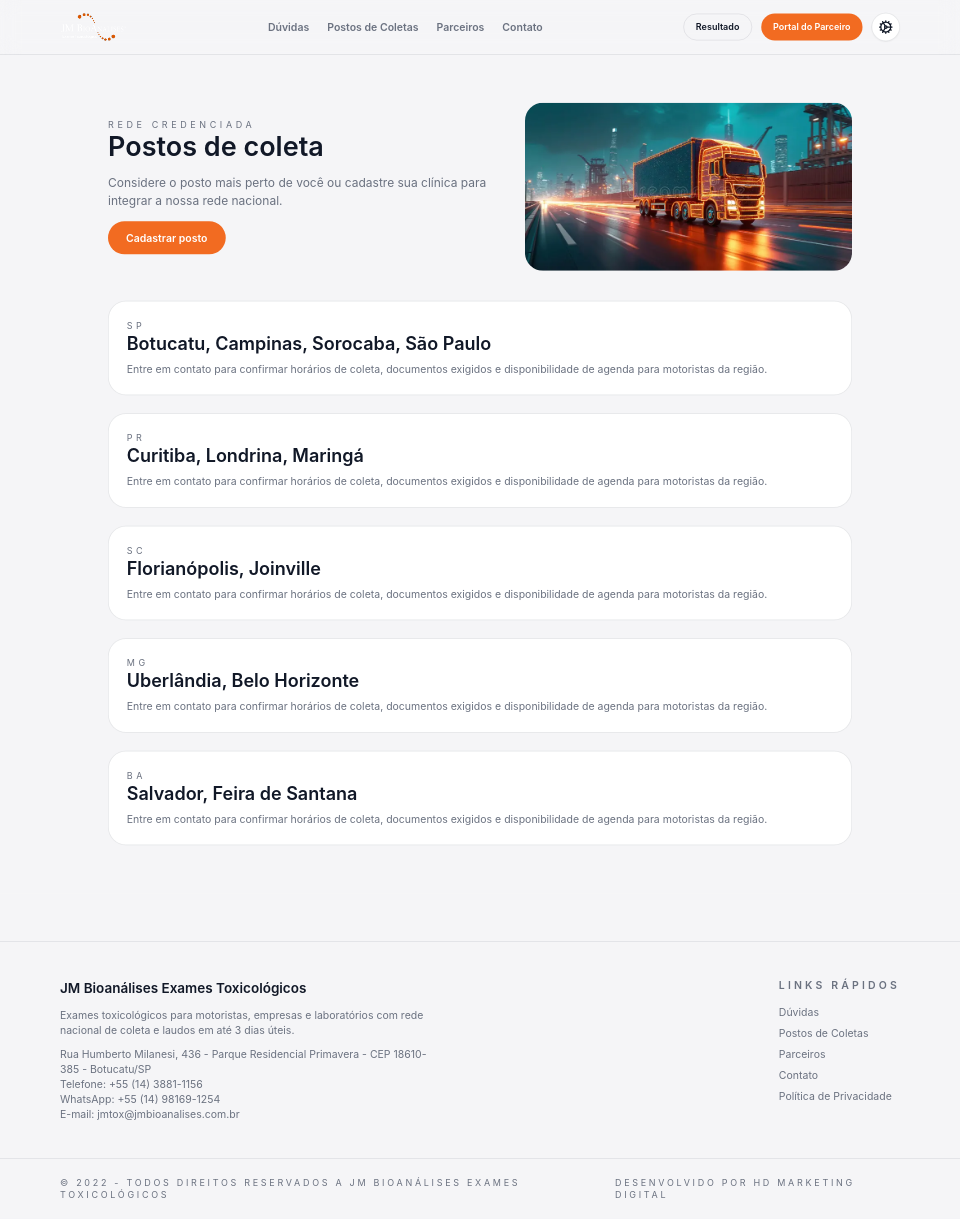
Repository: 1xLab/cat1
Page: /postos-de-coletas
These files come from the project's save history. The page is drawn as it stood at one moment and after the next save; the edit follows.
The browser window is 1280 px wide. The pictures show the whole page, at 75% of full size.
The page's requests for data from a server got no answer. The project was rebuilt for these pictures with package versions that can differ from the ones it lists, and the page was loaded fresh each time. The framework's server and built-in components were replaced by stand-ins that run in the browser. No one was signed in, and anything a server would have sent is missing. Also part of the build but not shown: next.config.ts.

Above is the page before, as saved 2025-11-19 21:19:48.

After the next save:
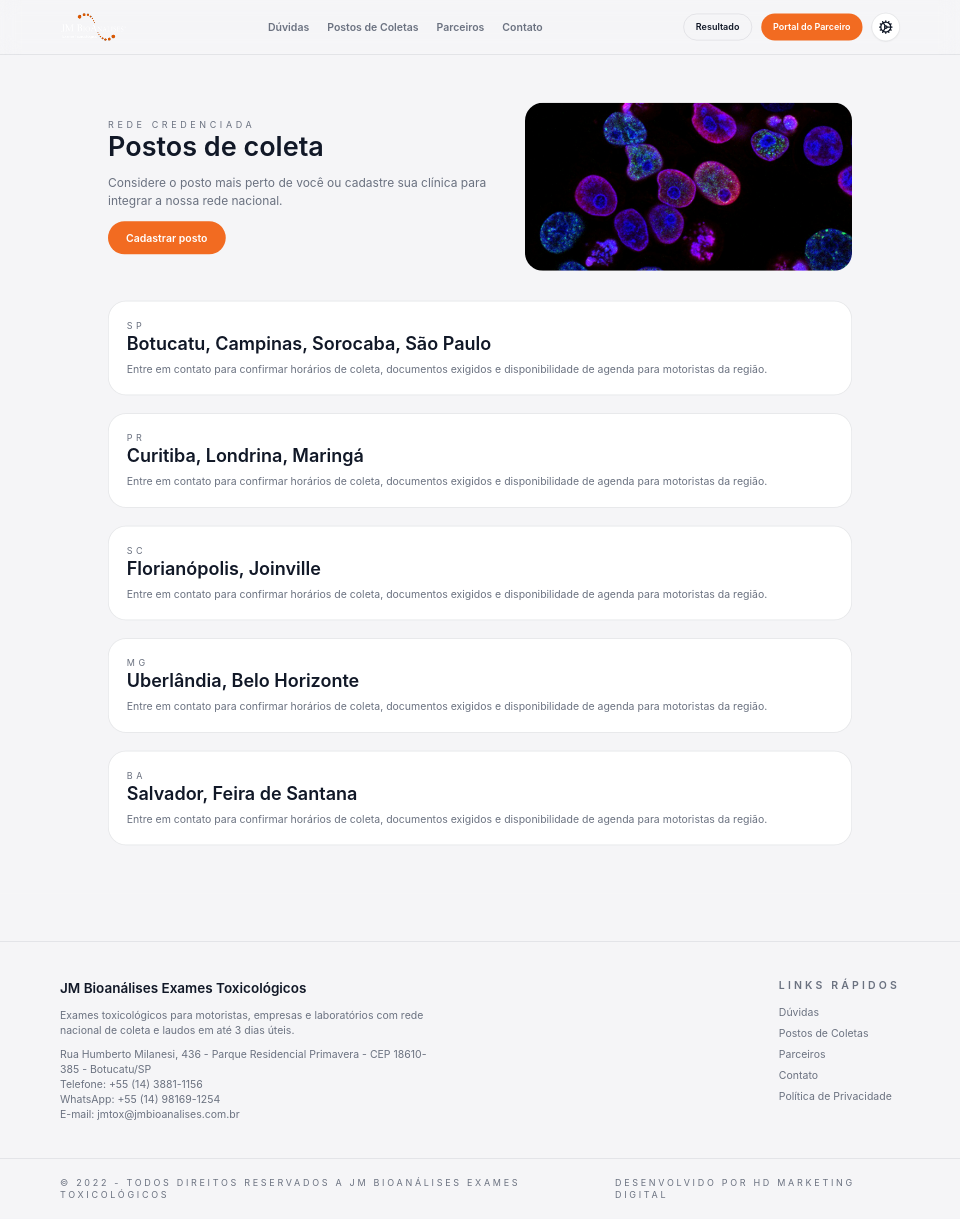
Saved 7 s later.
--- a/src/app/postos-de-coletas/page.tsx
+++ b/src/app/postos-de-coletas/page.tsx
@@ -14,7 +14,7 @@ export const metadata: Metadata = {
   title: "Postos de coleta | JM Tox",
 };
 
-const illustration = "/imagens/truck-futuristic.jpg";
+const illustration = "/imagens/illustration-postos.jpg";
 
 export default function PostosPage() {
   return (
